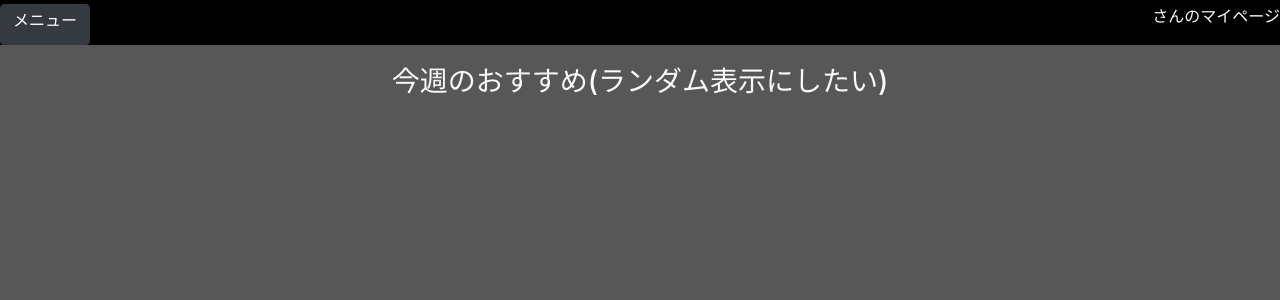
Repository: ShutaKamemura/Portfolio
Page: http://localhost/test/MypageServlet
These files come from the project's save history. The page is drawn as it stood at one moment and after the next save; the edit follows.
The browser window is 1280 px wide. The pictures show the whole page.
Some web libraries are served in a nearby version. The page is served by Tomcat 9.

Above is the page before, as saved 2020-06-26 08:44:16.

After the next save:
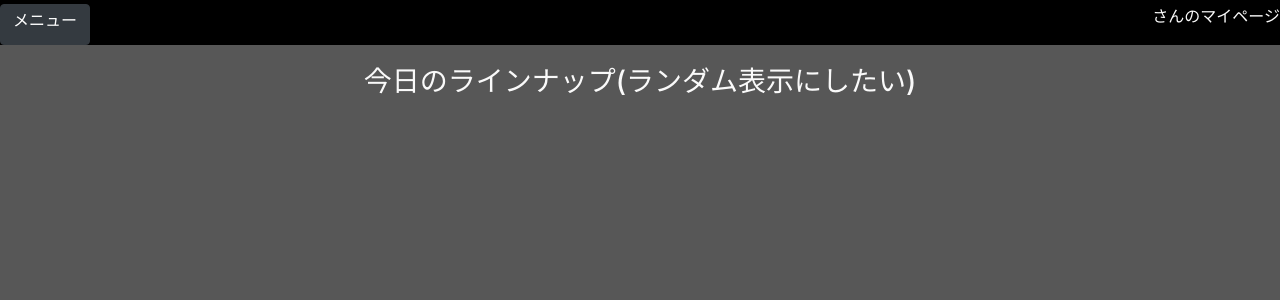
Saved 46 h 22 min later.
--- a/test/WebContent/mypage.jsp
+++ b/test/WebContent/mypage.jsp
@@ -58,7 +58,7 @@
 </header>
 
 <div class="inline-block_test">
-	<h3>今週のおすすめ(ランダム表示にしたい)</h3>
+	<h3>今日のラインナップ(ランダム表示にしたい)</h3>
 	<br>
 </div>
 
